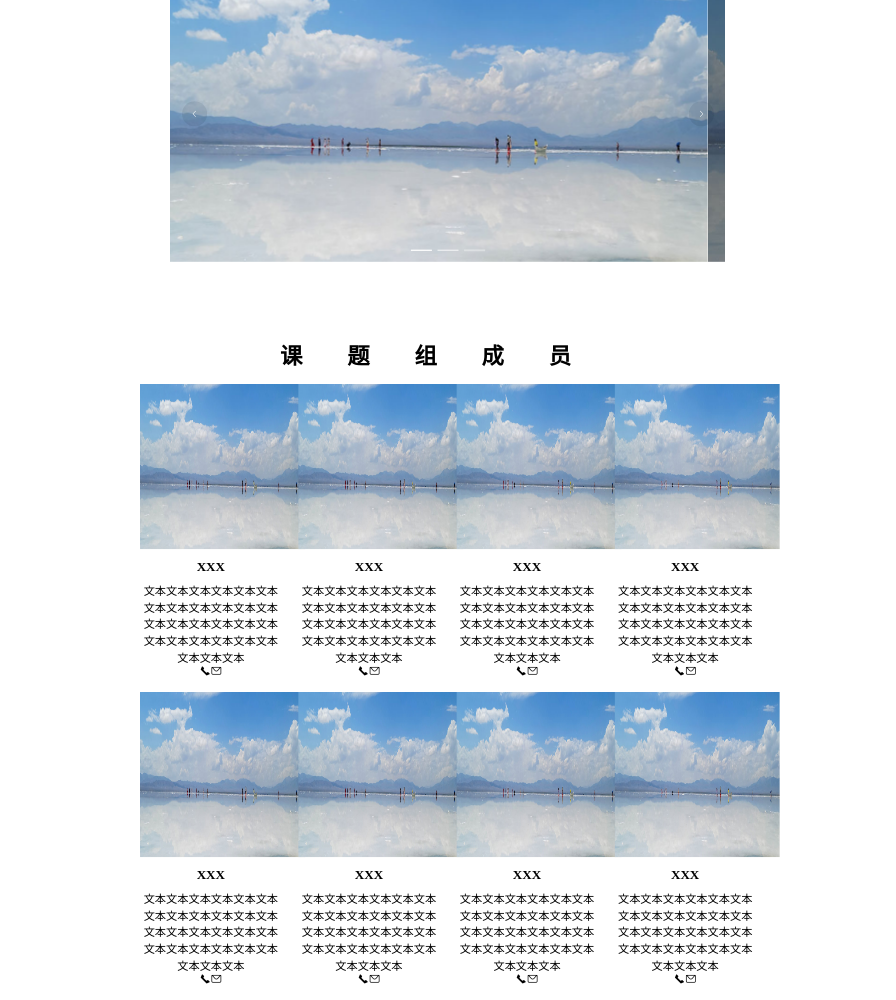
Repository: BLSY/xzust
Page: /
An editor plug-in stored every save of this project. The page is shown before and after the next save, followed by the edit.
The browser window is 1280 px wide. The pictures show the part of the page from y = 1432 to 3352 px (the page is 2860 px tall before and 3352 px after), at 70% of full size.
The project was rebuilt for these pictures with package versions that can differ from the ones it lists, and the page was loaded fresh each time.

Above is the page before, as saved 2022-11-27 11:55:15.

### index.html
<!DOCTYPE html>
<html>
  <head>
    <meta charset="utf-8">
    <meta name="viewport" content="width=device-width,initial-scale=1.0">
    <title>student</title>
  </head>
  <body style="margin:0;">
    <div id="app"></div>
    <!-- built files will be auto injected -->
  </body>
</html>

### src/main.js
// The Vue build version to load with the `import` command
// (runtime-only or standalone) has been set in webpack.base.conf with an alias.
import Vue from 'vue'
import App from './App'
import ElementUI from 'element-ui';
import 'element-ui/lib/theme-chalk/index.css';
import router from './router'

Vue.use(ElementUI);
Vue.config.productionTip = false

/* eslint-disable no-new */
new Vue({
  el: '#app',
  router,
  components: { App },
  template: '<App/>'
})

### src/App.vue
<template>
  <div id="app">
    <router-view/>
  </div>
</template>

<script>
export default {
  name: 'App'
}
</script>

<style>
#app {

}
</style>

### src/components/HelloWorld.vue
<template>
  <div class="indexBox">
    <div class="nav">
      <div class="login">LOGO</div>
      <div class="navList">
        <el-menu
          :default-active="activeIndex2"
          class="el-menu-demo"
          mode="horizontal"
          @select="handleSelect"
          background-color="#fff"
          text-color="#00356B"
          active-text-color="#fff"
        >
          <el-menu-item index="1">首页</el-menu-item>
          <el-submenu index="2">
            <template slot="title">业绩成果</template>
            <el-menu-item index="2-1">选项1</el-menu-item>
            <el-menu-item index="2-2">选项2</el-menu-item>
            <el-menu-item index="2-3">选项3</el-menu-item>
          </el-submenu>
          <el-menu-item index="3">在研工作</el-menu-item>
          <el-menu-item index="4">服务咨询</el-menu-item>
          <el-menu-item index="5">联系我们</el-menu-item>
        </el-menu>
      </div>
      <div class="serch">
        <el-input
          placeholder="请输入内容"
          prefix-icon="el-icon-search"
          v-model="input2"
        >
        </el-input>
      </div>
    </div>
    <div class="top">
      <div class="toptext">
        <h3 class="h-text">西藏农牧学院水利水电工程</h3>
        <h3 class="h-text" >郭永刚老师课题组</h3>
        <div class="detil">
          文字文字文字文字文字文字文字文字文字文字文字文字文字文字文字文字文字文字文字文字文字文字文字文字文字文字文字文字文字文字
        </div>

      </div>
      <div class="starvidio">
        </div>
    </div>
    <div class="team">
      <div class="team-left">
        <div class="line"></div>
        <h3 class="team-title">团队简介</h3>
        <div class="team-icon">About</div>
      </div>
      <div class="team-right">
        <div class="team-text">
          文字文字文字文字文字文字文字文字文字文字文字文字文字文字文字文字文字文字文字文字文字文字文字文字文字文字文字文
          字文字文文字文字文字文字文字文字文字文字文字文字文字文字文字文字文字文字文字文字文字文字文字文字文字文字文字文
          字文字文字文字文字字
        </div>

      </div>
    </div>
     <div class="cooperation">
      <div class="cooperation-left">
        <div class="line"></div>
        <h3 class="cooperation-title">合作单位</h3>
        <div class="cooperation-icon">About</div>
      </div>
      <div class="cooperation-right">
        <div class="cooperation-text">
          文字文字文字文字文字文字文字文字文字文字文字文字文字文字文字文字文字文字文字文字文字文字文字文字文字文字文字文
          字文字文文字文字文字文字文字文字文字文字文字文字文字文字文字文字文字文字文字文字文字文字文字文字文字文字文字文
          字文字文字文字文字字
        </div>

      </div>
    </div>
    <div class="preject">
      <div class="carousel">
         <el-carousel :interval="5000" arrow="always" height="425px">
          <el-carousel-item v-for="(item,index) in imgList" :key="index">
            <img :src="item.idView"  class="image">
          </el-carousel-item>
        </el-carousel>
      </div>

    </div>
    <div class="group">
      <h3 class="group-title">课题组成员</h3>
      <div class="showMessage" >
        <div class="show-item" v-for="(item,index) in groupList" :key="index">
          <el-image
            style="width: 236px; height: 236px"
            :src="item.imgs"
            :fit="fit"></el-image>
            <h3>{{item.name}}</h3>
            <div class="show-detile">
              {{item.detail}}
            </div>
            <div class="show-icon">
              <div class="icon-circle">
                <i class="el-icon-phone"></i>
              </div>
              <div class="icon-circle">
                <i class="el-icon-message"> </i>
              </div>
            </div>
        </div>
      </div>
    </div>
  </div>
</template>

<script>
export default {
  name: "HelloWorld",
  data() {
    return {
      activeIndex2: "1",
      input2: "",
      imgList:[
        {idView:require('../assets/preject.jpg')},
        {idView:require('../assets/black-preject.jpg')},
        {idView:require('../assets/topbackg.jpg')}
      ],
      groupList:[
        {imgs: require('../assets/preject.jpg'),name:'XXX',detail:'文本文本文本文本文本文本文本文本文本文本文本文本文本文本文本文本文本文本文本文本文本文本文本文本文本文本文本'},
        {imgs: require('../assets/preject.jpg'),name:'XXX',detail:'文本文本文本文本文本文本文本文本文本文本文本文本文本文本文本文本文本文本文本文本文本文本文本文本文本文本文本'},
        {imgs: require('../assets/preject.jpg'),name:'XXX',detail:'文本文本文本文本文本文本文本文本文本文本文本文本文本文本文本文本文本文本文本文本文本文本文本文本文本文本文本'},
        {imgs: require('../assets/preject.jpg'),name:'XXX',detail:'文本文本文本文本文本文本文本文本文本文本文本文本文本文本文本文本文本文本文本文本文本文本文本文本文本文本文本'},
        {imgs: require('../assets/preject.jpg'),name:'XXX',detail:'文本文本文本文本文本文本文本文本文本文本文本文本文本文本文本文本文本文本文本文本文本文本文本文本文本文本文本'},
        {imgs: require('../assets/preject.jpg'),name:'XXX',detail:'文本文本文本文本文本文本文本文本文本文本文本文本文本文本文本文本文本文本文本文本文本文本文本文本文本文本文本'},
        {imgs: require('../assets/preject.jpg'),name:'XXX',detail:'文本文本文本文本文本文本文本文本文本文本文本文本文本文本文本文本文本文本文本文本文本文本文本文本文本文本文本'},
        {imgs: require('../assets/preject.jpg'),name:'XXX',detail:'文本文本文本文本文本文本文本文本文本文本文本文本文本文本文本文本文本文本文本文本文本文本文本文本文本文本文本'}
        ]
    };
  },
  props: {
    msg: String,
  },
  methods: {
    handleSelect(key, keyPath) {
      console.log(key, keyPath);
    },
  },
};
</script>

<!-- Add "scoped" attribute to limit CSS to this component only -->
<style scoped >
*{
  list-style: none;
  box-sizing: border-box;
}
h3{
  margin: 0;
  padding: 0;
  margin: 10px 0;
}
html{
  font-size: 16px;
}
.indexBox {
  width: 100%;
  height: 100%;
  position: relative;
  box-sizing: border-box;
}
.nav {
  display: flex;
  align-items: center;
  justify-content: center;
  padding: 0 200px;
}
.login {
  flex: 1;
  display: inline-block;
  font-size: 3em;
  font-weight: bold;
  color: #00356B;
  font-family: MicrosoftYaHei;
  margin-right: 100px;
}
.navList{
  flex: 4;
  display: inline-block;
  min-width:55%;
  font-size: 2em;
}
.serch{
  flex: 1;
  display: inline-block;
  margin-left:30px ;
}
.el-menu-item.is-active{
  background: #00356B !important;
}
.top{
  box-sizing: border-box;
  background: url(../assets/topbackg.jpg) no-repeat;
  background-size:100% 100% ;
  position: relative;
  height: 500px;
  display: flex;
  align-items: center;
  justify-content: center;
  /* text-align: center; */
  overflow: hidden;
  padding: 0 200px;
}
  .toptext{
    display: inline-block;
    margin-top: 20px;
    width: 70%;
    text-align: left;
  }
  .h-text{
    display: inline-block;
    color: #00356B;
    font-size: 3em;
    letter-spacing:20px;
  }
  .detil{
    margin-top: 20px;
    display: inline-block;
    width:70%;
    font-size: 1em;
    text-align: left;
    letter-spacing: 0.5em;
    color:#333;
  }
  .starvidio{
    background: url(../assets/bapfang.png) no-repeat;
    background-size:100% 100% ;
    position: absolute;
    bottom: 20px;
    right: 60px;
    height: 60px;
    width: 60px;
  }
  .team{
    height: 366px;
    display: flex;
    flex-direction: row;
    align-items: center;
    justify-content: space-between;
    padding: 0 200px;
  }
  .team-left{
    height: 250px;
    flex: 1;
    text-align: cente;
    display: inline-block;
    vertical-align: top;
  }
  .team-right{
    height: 250px;
    flex: 1;
    display: inline-block;
    vertical-align: top;
  }
  .team-text{
    text-align: left;
   letter-spacing:0.5em;
   line-height: 2em;
  }
  .team-title{
    color: #00356B;
    font-size: 3em;
    letter-spacing:2em;
    margin: 40px 0;
  }
  .line{
    display: inline-block;
    margin: auto;
    width: 80%;
    border: 1px solid #5D0E8B;
  }
  .team-icon{
    text-align: center;
    width: 104px;
    height: 50px;
    line-height: 50px;
    color: #fff;
    font-size: 1em;
    background: #00356B;
    border-radius: 25px;
  }
  .cooperation{
    height: 366px;
    display: flex;
    background:#00838F ;
    flex-direction: row;
    align-items: center;
    justify-content: space-between;
    padding: 0 200px;
  }
   .cooperation-left{
    height: 250px;
    flex: 1;
    text-align: cente;
    display: inline-block;
    vertical-align: top;
  }
  .cooperation-right{
    height: 250px;
    flex: 1;
    display: inline-block;
    vertical-align: top;
  }
  .cooperation-text{
    text-align: left;
   letter-spacing:0.5em;
   line-height: 2em;
   color: #fff;
  }
  .cooperation-title{
    color: #000;
    font-size: 3em;
    letter-spacing:2em;
    margin: 40px 0;
  }

  .cooperation-icon{
    text-align: center;
    width: 104px;
    height: 50px;
    line-height: 50px;
    color: #fff;
    font-size: 1em;
    background: #000000;
    border-radius: 25px;
  }
.preject{
  /* height: 366px; */
  display: flex;
  justify-content: center;
  flex-direction: row;
  align-items: center;
  padding: 0 200px;
}
.carousel{
  margin: 88px auto;
  height: 425px;
  width: 90%;
}
/* 轮播图无图片样式 有图片可删除 */

  .image{
    width: 100%;
    height: inherit;
  }
  .group{
    text-align: center;
    display: flex;
    justify-content: center;
    flex-direction: column;
    align-items: center;
    padding: 0 200px;

  }
  .group-title{
    color: #000;
    font-size: 2em;
    letter-spacing:2em;
    margin: 20px 0;
  }
  .showMessage{
    display: flex;
    flex-direction: row;
    flex-wrap: wrap;
    align-items: center;
    justify-content: space-between;
  }
  .show-item{
    width: 23%;
    display: inline-block;
    margin-bottom: 20px;
  }
  .show-icon{
  }
  .icon-circle{
    display: inline-block;
    }
</style>

Loaded but not shown: src/router/index.js (common file)

After the next save:
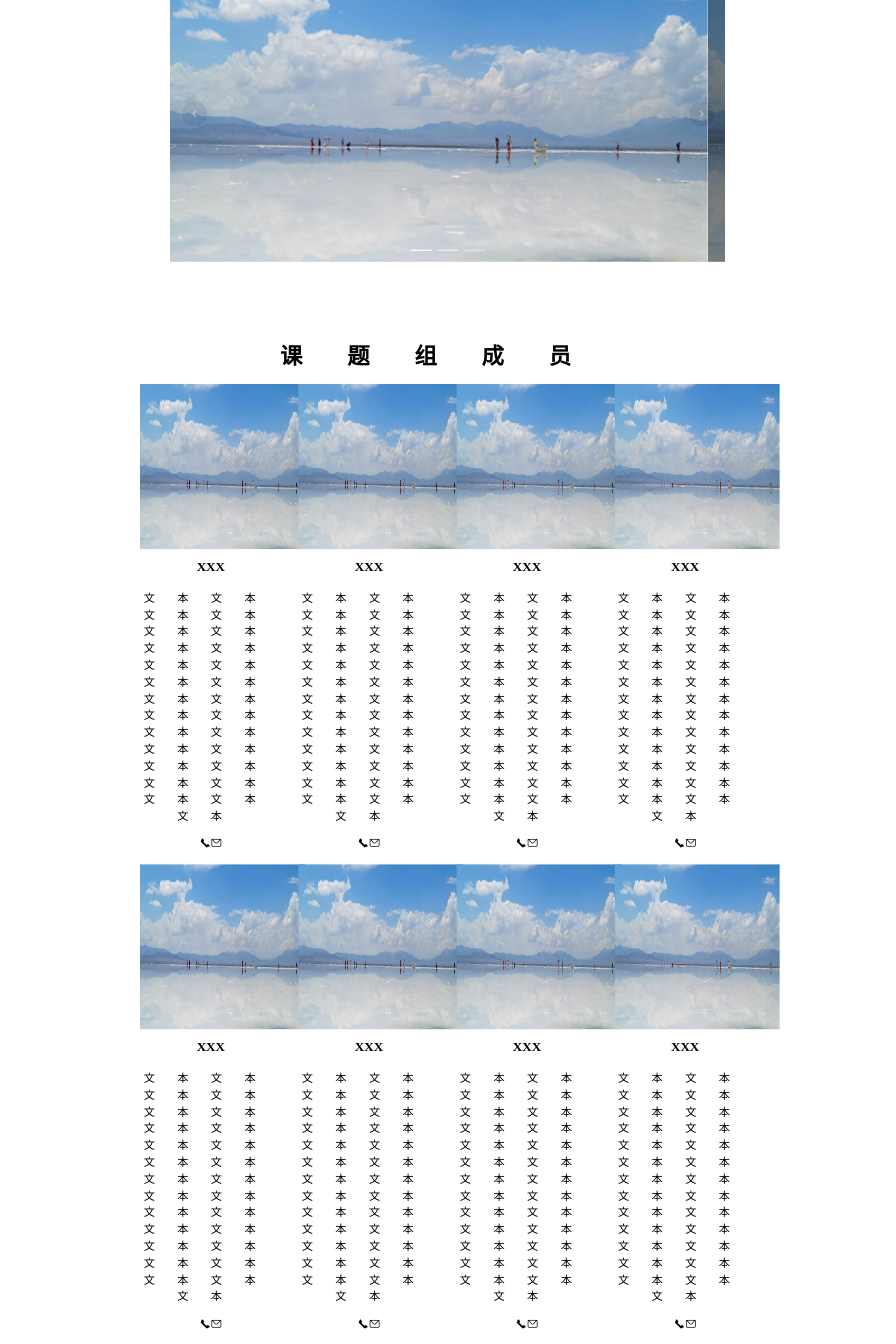
Saved 49 s later.
--- a/src/components/HelloWorld.vue
+++ b/src/components/HelloWorld.vue
@@ -377,6 +377,11 @@ html{
     display: inline-block;
     margin-bottom: 20px;
   }
+  .show-detile{
+    font-size: 1em;
+    letter-spacing:2em;
+    margin: 20px 0;
+  }
   .show-icon{
   }
   .icon-circle{
